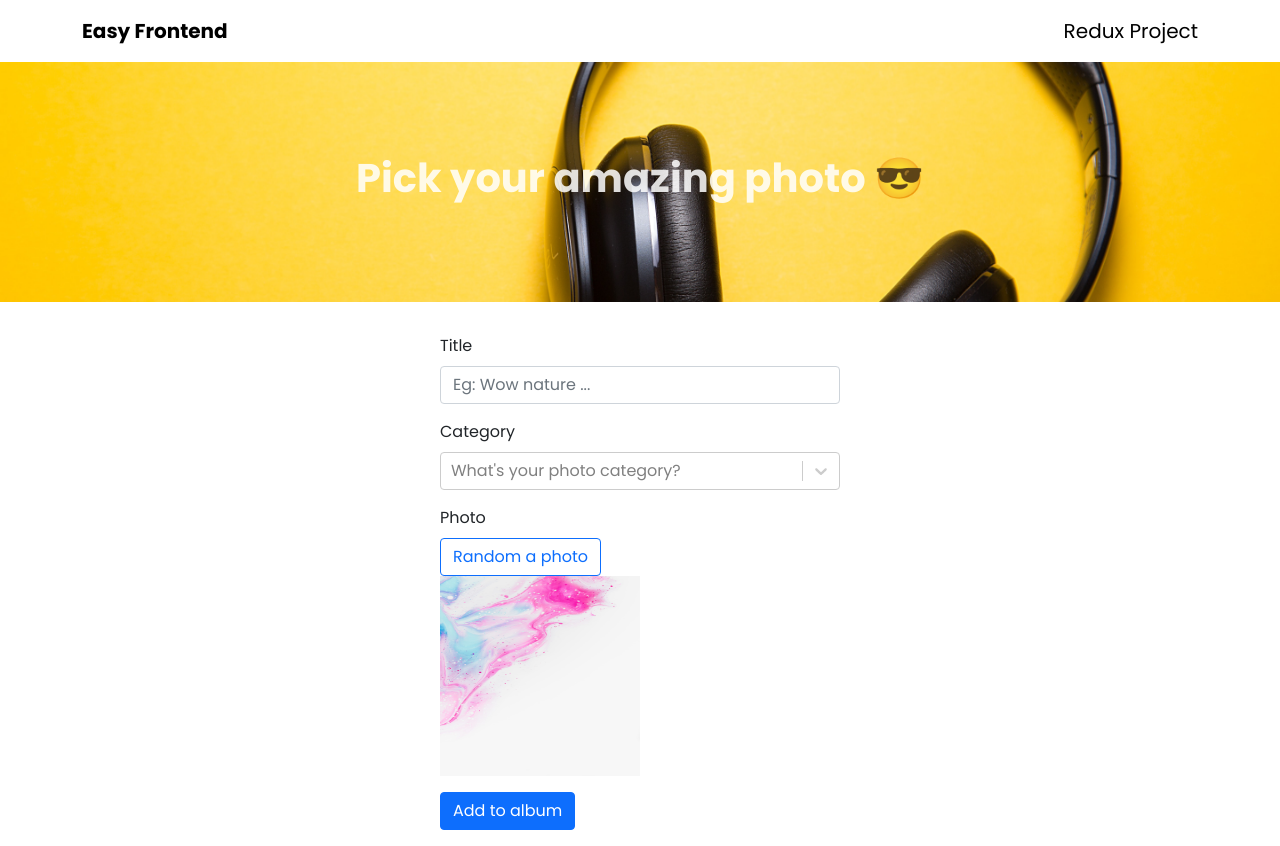
Repository: duckhai80/Redux-photo-app
Page: /photos/add
The author's editor kept a copy of each file at every save. The page is drawn from the files as they stood at one save, then again after the next save.
The browser window is 1280 px wide. The pictures show the whole page.
The project was rebuilt for these pictures with package versions that can differ from the ones it lists, and the page was loaded fresh each time. Also part of the build but not shown: src/App.css, src/components/NotFound/index.jsx.

Above is the page before, as saved 2021-10-29 14:44:15.

### public/index.html
<!DOCTYPE html>
<html lang="en">
  <head>
    <meta charset="utf-8" />
    <link rel="icon" href="%PUBLIC_URL%/favicon.ico" />
    <meta name="viewport" content="width=device-width, initial-scale=1" />
    <meta name="theme-color" content="#000000" />
    <meta
      name="description"
      content="Web site created using create-react-app"
    />
    <link rel="apple-touch-icon" href="%PUBLIC_URL%/logo192.png" />

    <link rel="manifest" href="%PUBLIC_URL%/manifest.json" />

    <title>React App</title>
    <link
      href="https://fonts.googleapis.com/css2?family=Poppins:ital,wght@0,400;0,700;1,400;1,700&display=swap"
      rel="stylesheet"
    />
  </head>
  <body>
    <noscript>You need to enable JavaScript to run this app.</noscript>
    <div id="root"></div>
  </body>
</html>

### src/index.js
import "bootstrap/dist/css/bootstrap.css";
import React from "react";
import ReactDOM from "react-dom";
import App from "./App";
import "./index.css";
import reportWebVitals from "./reportWebVitals";

ReactDOM.render(
  <React.StrictMode>
    <App />
  </React.StrictMode>,
  document.getElementById("root")
);

reportWebVitals();

### src/App.js
import logo from "./logo.svg";
import "./App.css";

import React, { Suspense } from "react";
import { BrowserRouter, Route, Switch, Redirect, Link } from "react-router-dom";
import Header from "./components/Header";
import NotFound from "./components/NotFound";

const Photo = React.lazy(() => import("./features/Photo/pages/Main"));
const AddEdit = React.lazy(() => import("./features/Photo/pages/AddEdit"));

function App() {
  return (
    <div className="photo-app">
      <Suspense fallback={<div>Loading ...</div>}>
        <BrowserRouter>
          <Header></Header>

          <Switch>
            <Redirect exact from="/" to="/photos" />

            <Route exact path="/photos" component={Photo} />
            <Route exact path="/photos/add" component={AddEdit} />
            <Route component={NotFound} />
          </Switch>

          {/* <ul>
            <li>
              <Link to="/photos">Go to photo page</Link>
            </li>
            <li>
              <Link to="/photos/add">Go to Add new photo page</Link>
            </li>
            <li>
              <Link to="/photos/123">Go to Edit photo page</Link>
            </li>
          </ul>
          <Header />
          <Switch>
            <Redirect exact from="/" to="/photos" />
          </Switch> */}
        </BrowserRouter>
      </Suspense>
    </div>
  );
}

export default App;

### src/index.css
body {
  margin: 0;
  font-family: "Poppins", -apple-system, BlinkMacSystemFont, "Segoe UI",
    "Roboto", "Oxygen", "Ubuntu", "Cantarell", "Fira Sans", "Droid Sans",
    "Helvetica Neue", sans-serif;
  -webkit-font-smoothing: antialiased;
  -moz-osx-font-smoothing: grayscale;
}

code {
  font-family: source-code-pro, Menlo, Monaco, Consolas, "Courier New",
    monospace;
}

### src/components/Header/index.jsx
import React from "react";
import { NavLink } from "react-router-dom";
import { Col, Container, Row } from "reactstrap";
import "./Header.scss";

Header.propTypes = {};

function Header() {
  return (
    <div>
      <header className="header">
        <Container>
          <Row className="justify-content-between">
            <Col xs="auto">
              <a
                className="header__link header__title"
                href="https://youtube.com/easyfrontend"
                target="_blank"
                rel="noopener noreferrer"
              >
                Easy Frontend
              </a>
            </Col>

            <Col xs="auto">
              <NavLink
                exact
                className="header__link"
                to="/photos"
                activeClassName="header__link--active"
              >
                Redux Project
              </NavLink>
            </Col>
          </Row>
        </Container>
      </header>
    </div>
  );
}

export default Header;

### src/features/Photo/pages/AddEdit/index.jsx
import Banner from "components/Banner";
import NotFound from "components/NotFound";
import PhotoForm from "features/Photo/components/PhotoForm";
import React from "react";
import { Redirect, Route, Switch } from "react-router";
import "./styles.scss";

AddEditPage.propTypes = {};

function AddEditPage(props) {
  return (
    <div className="photo-edit">
      <Banner title="Pick your amazing photo 😎" />

      <div className="photo-edit__form">
        <PhotoForm
          onSubmit={(values) => console.log("Form submit: ", values)}
        />
      </div>
    </div>
  );
}

export default AddEditPage;

### src/components/Header/Header.scss
.header {
  padding: 1rem 0;
  font-size: 1.25rem;

  &__title {
    font-weight: bold;
  }

  &__link {
    color: #000;
    text-decoration: none;
    transition: all 0.25s ease-in-out 0s;

    &--active,
    &:hover {
      text-decoration: none;
      // color: var(--primary);
      color: rgb(56, 144, 216);
    }
  }
}

### src/components/Banner/index.jsx
import PropTypes from "prop-types";
import React from "react";
import "./Banner.scss";

Banner.propTypes = {
  title: PropTypes.string,
  backgroundUrl: PropTypes.string,
};

Banner.defaultProps = {
  title: "",
  backgroundUrl: "",
};

function Banner(props) {
  const { title, backgroundUrl } = props;

  const bannerStyle = backgroundUrl
    ? { backgroundImage: `url(${backgroundUrl})` }
    : {};

  return (
    <section className="banner" style={bannerStyle}>
      <h1 className="banner__title">{title}</h1>
    </section>
  );
}

export default Banner;

### src/constants/images.js
import blueBackground from "../assets/images/blue-bg.jpg";
import colorfulBackground from "../assets/images/colorful-bg.jpg";
import orangeBackground from "../assets/images/orange-bg.jpg";
import pinkBackground from "../assets/images/pink-bg.jpg";

const Images = {
  ORANGE_BG: orangeBackground,
  BLUE_BG: blueBackground,
  COLORFUL_BG: colorfulBackground,
  PINK_BG: pinkBackground,
};

export default Images;

### src/features/Photo/components/PhotoForm/index.jsx
import { PHOTO_CATEGORY_OPTIONS } from "constants/global";
import Images from "constants/images";
import InputField from "custom-field/InputField";
import { FastField, Form, Formik } from "formik";
import PropTypes from "prop-types";
import React from "react";
import Select from "react-select";
import { Button, FormGroup, Input, Label } from "reactstrap";

PhotoForm.propTypes = {
  onSubmit: PropTypes.func,
};

PhotoForm.defaultProps = {
  onSubmit: null,
};

function PhotoForm(props) {
  const initialValues = {
    title: "",
  };

  return (
    <Formik initialValues={initialValues}>
      {(formikProps) => {
        const { values, errors, touched } = formikProps;
        console.log({ values, errors, touched });

        return (
          <Form>
            <FastField
              name="title"
              component={InputField}
              label="Title"
              placeholder="Eg: Wow nature ..."
            />

            <FormGroup>
              <Label for="categoryId">Category</Label>
              <Select
                id="categoryId"
                name="categoryId"
                placeholder="What's your photo category?"
                options={PHOTO_CATEGORY_OPTIONS}
              />
            </FormGroup>

            <FormGroup>
              <Label for="categoryId">Photo</Label>

              <div>
                <Button type="button" outline color="primary">
                  Random a photo
                </Button>
              </div>
              <div>
                <img
                  width="200px"
                  height="200px"
                  src={Images.COLORFUL_BG}
                  alt="colorful background"
                />
              </div>
            </FormGroup>

            <FormGroup>
              <Button color="primary">Add to album</Button>
            </FormGroup>
          </Form>
        );
      }}
    </Formik>
  );
}

export default PhotoForm;

### src/features/Photo/pages/AddEdit/styles.scss
.photo-edit {
  &__form {
    margin: 2rem auto 1rem auto;
    max-width: 25rem;
  }
}

### src/components/Banner/Banner.scss
.banner {
  display: flex;
  flex-flow: row wrap;
  justify-content: center;
  align-items: center;
  height: 15rem;

  background-image: url(../../assets/images/orange-bg.jpg);
  background-position: center;
  background-size: cover;

  &__title {
    color: rgba(255, 255, 255, 0.85);
    font-weight: bold;
  }
}

### src/constants/global.js
export const PHOTO_CATEGORY_OPTIONS = [
  { value: 1, label: "Technology" },
  { value: 2, label: "Education" },
  { value: 3, label: "Nature" },
  { value: 4, label: "Animals" },
  { value: 5, label: "Styles" },
];

### src/custom-field/InputField/index.jsx
import React from "react";
import PropTypes from "prop-types";
import { FormGroup, Input, Label } from "reactstrap";

InputField.propTypes = {
  field: PropTypes.object.isRequired,
  form: PropTypes.object.isRequired,
  type: PropTypes.string,
  label: PropTypes.string,
  placeholder: PropTypes.string,
  disabled: PropTypes.bool,
};

InputField.defaultProps = {
  type: "text",
  label: "",
  placeholder: "",
  disabled: false,
};

function InputField(props) {
  const { field, form, type, label, placeholder, disabled } = props;
  const { name, value, onChange, onBlur } = field;

  return (
    <div>
      <FormGroup>
        {label && <Label for={name}>{label}</Label>}
        <Input
          id={name}
          {...field}
          placeholder={placeholder}
          name={name}
          type={type}
          disabled={disabled}
        />
      </FormGroup>
    </div>
  );
}

export default InputField;

Loaded but not shown: src/reportWebVitals.js (common file)

After the next save:
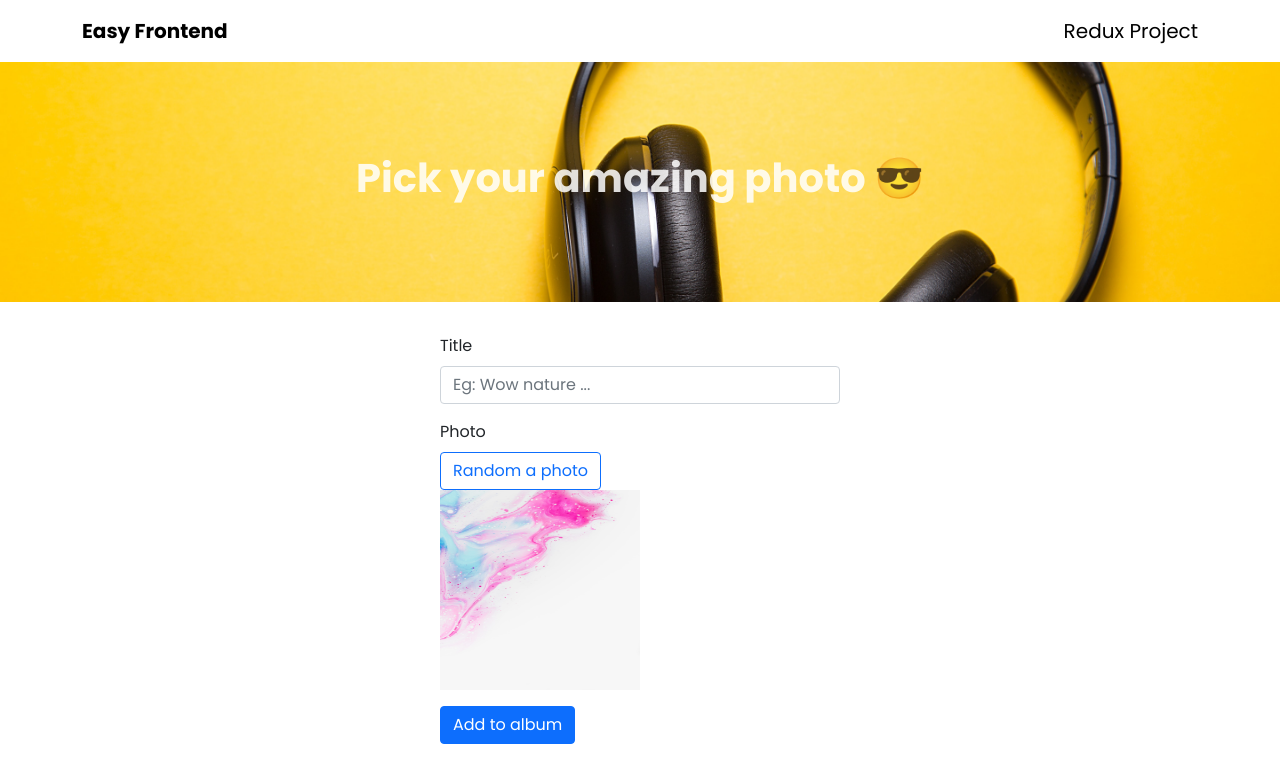
Saved 22 s later.
--- a/src/features/Photo/components/PhotoForm/index.jsx
+++ b/src/features/Photo/components/PhotoForm/index.jsx
@@ -36,16 +36,6 @@
             />
 
             <FormGroup>
-              <Label for="categoryId">Category</Label>
-              <Select
-                id="categoryId"
-                name="categoryId"
-                placeholder="What's your photo category?"
-                options={PHOTO_CATEGORY_OPTIONS}
-              />
-            </FormGroup>
-
-            <FormGroup>
               <Label for="categoryId">Photo</Label>
 
               <div>

After the 2 saves that followed:
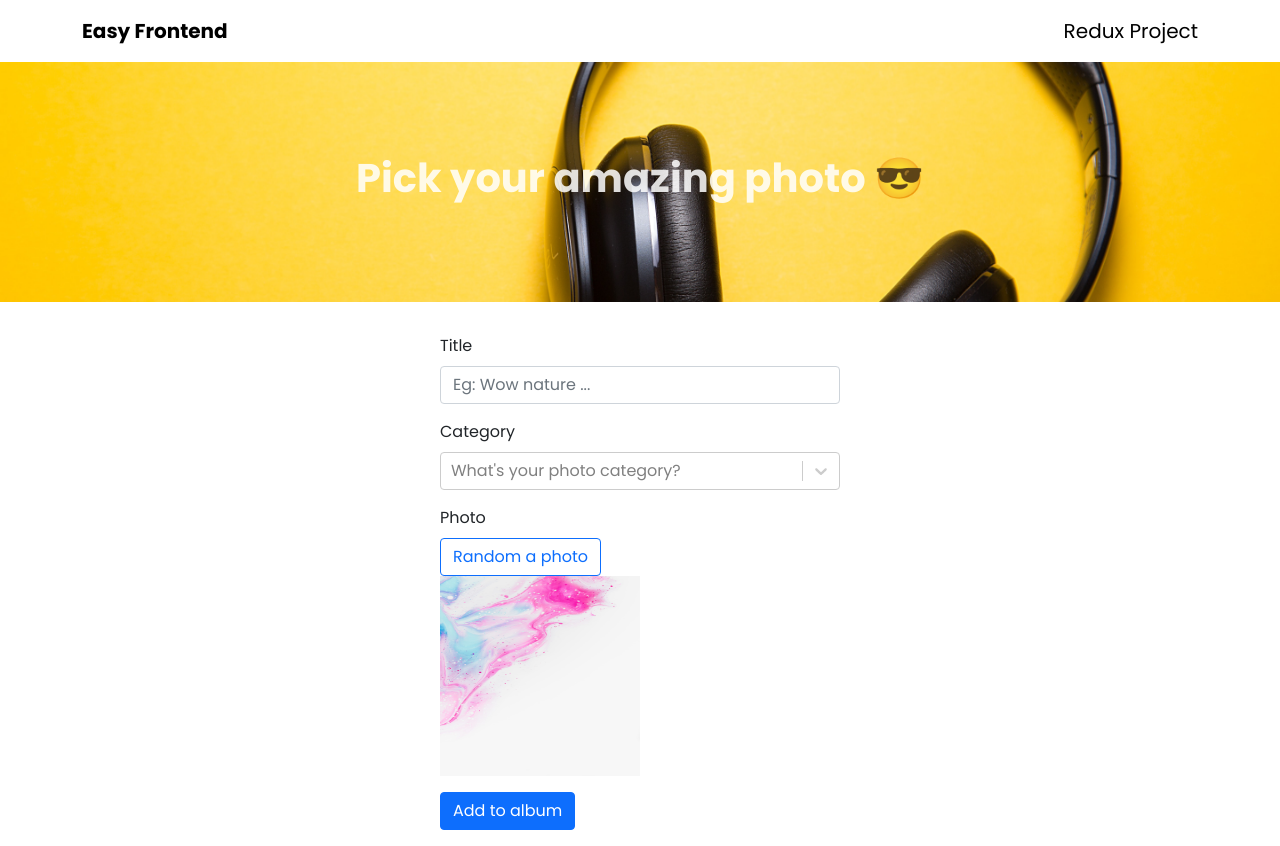
The 2 saves are shown as one change because 1 left the picture as it was.
The last was saved 85 s later.
--- a/src/features/Photo/components/PhotoForm/index.jsx
+++ b/src/features/Photo/components/PhotoForm/index.jsx
@@ -36,6 +36,16 @@
             />
 
             <FormGroup>
+              <Label for="categoryId">Category</Label>
+              <Select
+                id="categoryId"
+                name="categoryId"
+                placeholder="What's your photo category?"
+                options={PHOTO_CATEGORY_OPTIONS}
+              />
+            </FormGroup>
+
+            <FormGroup>
               <Label for="categoryId">Photo</Label>
 
               <div>
--- a/src/custom-field/InputField/index.jsx
+++ b/src/custom-field/InputField/index.jsx
@@ -23,19 +23,17 @@ function InputField(props) {
   const { name, value, onChange, onBlur } = field;
 
   return (
-    <div>
-      <FormGroup>
-        {label && <Label for={name}>{label}</Label>}
-        <Input
-          id={name}
-          {...field}
-          placeholder={placeholder}
-          name={name}
-          type={type}
-          disabled={disabled}
-        />
-      </FormGroup>
-    </div>
+    <FormGroup>
+      {label && <Label for={name}>{label}</Label>}
+      <Input
+        id={name}
+        {...field}
+        placeholder={placeholder}
+        name={name}
+        type={type}
+        disabled={disabled}
+      />
+    </FormGroup>
   );
 }
 
